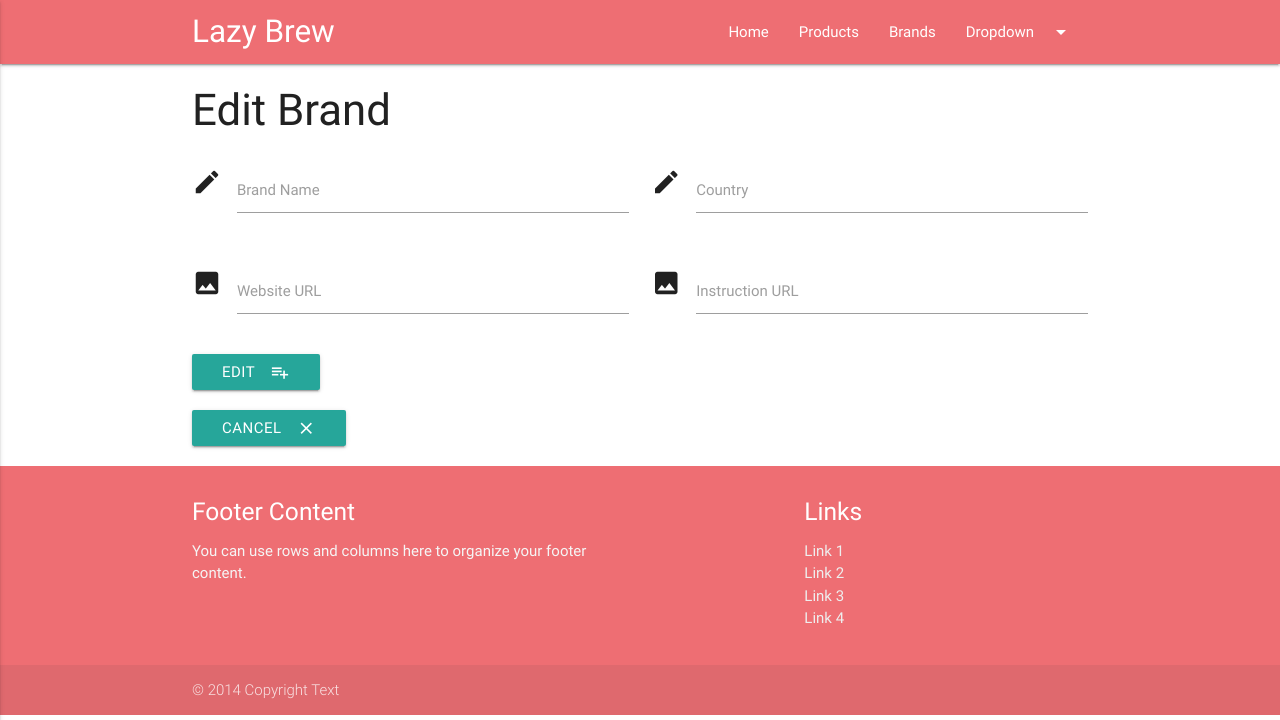
Repository: Leon2ev/lazy-brew
Page: templates/editbrand.html
The author's editor kept a record of every edit. The page is drawn from the files as they stood at one moment, then again after the next edit.
The browser window is 1280 px wide. The pictures show the whole page.
Some web libraries are served in a nearby version. The page is served by the project's application, run on Flask 3 (app.py). The template is opened directly, without the code that normally fills it, so the values that code supplies are empty.

Above is the page before.

After the next edit:
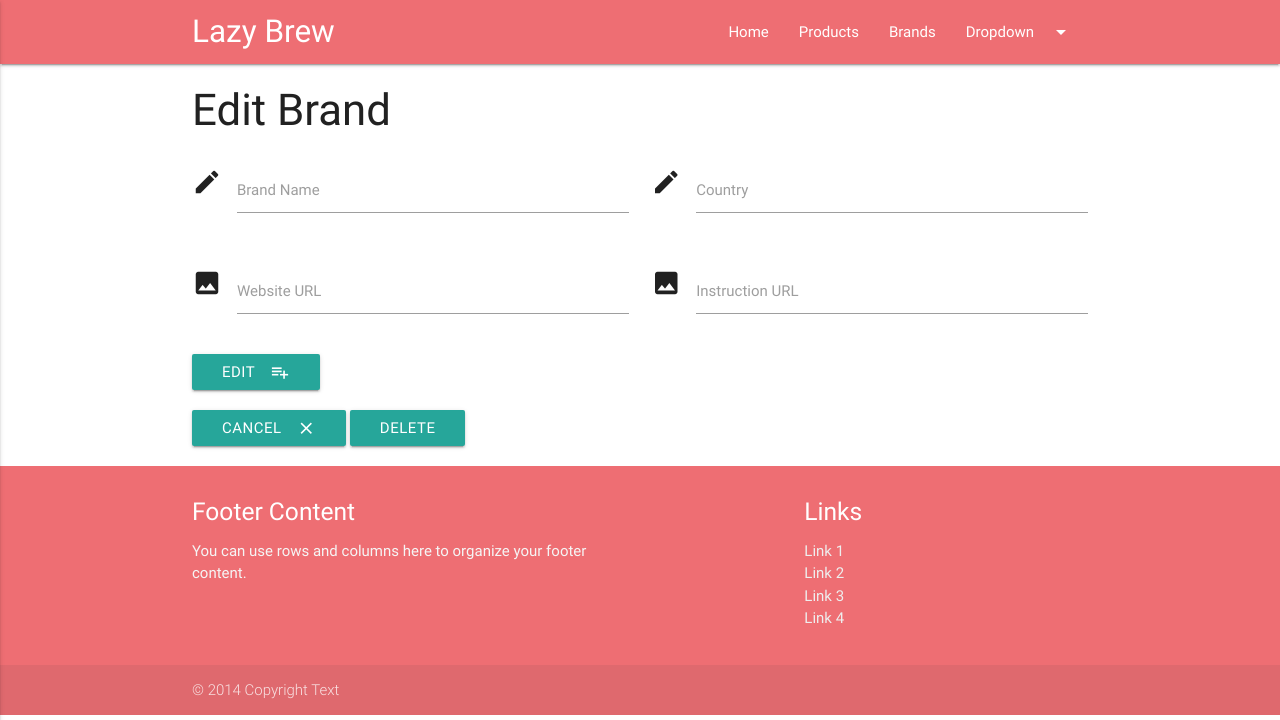
The edit:
--- a/templates/editbrand.html
+++ b/templates/editbrand.html
@@ -40,6 +40,7 @@
                 <a class="waves-effect waves-light btn modal-trigger" href="#modal1">Cancel
                     <i class="material-icons right">clear</i>
                 </a>
+                <a class="waves-effect waves-light btn modal-trigger" href="#modal2">Delete</a>
             </div>
             <div id="modal1" class="modal">
                 <div class="modal-content">
